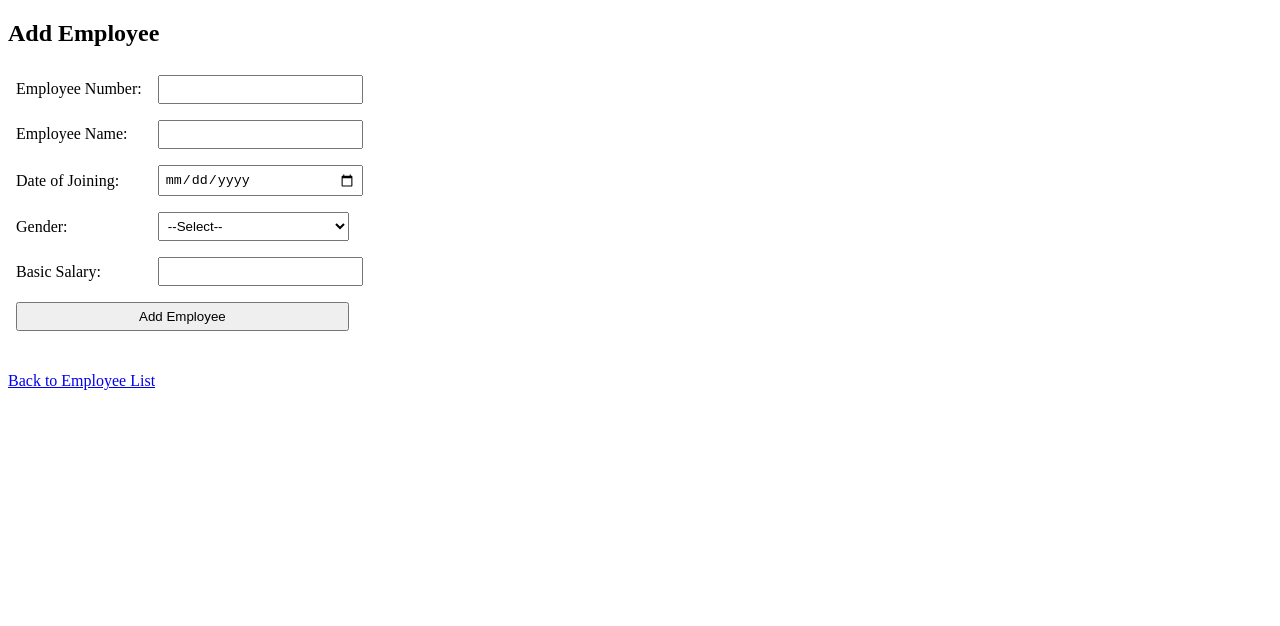
Repository: KUSUMA-74/Advance-JavaProject
Page: http://localhost/EmployeeWebApp/empadd.jsp
These files come from the project's save history. The page is drawn as it stood at one moment and after the next save; the edit follows.
The browser window is 1280 px wide. The pictures show the whole page.
The page is served by Tomcat 9. Other server files are loaded and not shown.

Above is the page before, as saved 2025-05-30 08:21:56.

### EmployeeWebApp/src/main/webapp/empadd.jsp
<%@ page contentType="text/html;charset=UTF-8" language="java" %>
<!DOCTYPE html>
<html>
<head>
    <title>Add Employee</title>
    <style>
        table {
            border-collapse: collapse;
            margin-top: 20px;
        }

        td {
            padding: 8px;
        }

        input, select {
            width: 100%;
            padding: 5px;
        }

        .msg {
            margin-top: 15px;
        }

        .msg-success {
            color: green;
        }

        .msg-error {
            color: red;
        }
    </style>
</head>
<body>
    <h2>Add Employee</h2>

    <form action="AddEmployeeServlet" method="get">
        <table>
            <tr>
                <td>Employee Number:</td>
                <td><input type="number" name="empno" required /></td>
            </tr>
            <tr>
                <td>Employee Name:</td>
                <td><input type="text" name="empname" required /></td>
            </tr>
            <tr>
                <td>Date of Joining:</td>
                <td><input type="date" name="doj" required /></td>
            </tr>
            <tr>
                <td>Gender:</td>
                <td>
                    <select name="gender" required>
                        <option value="">--Select--</option>
                        <option value="Male">Male</option>
                        <option value="Female">Female</option>
                    </select>
                </td>
            </tr>
            <tr>
                <td>Basic Salary:</td>
                <td><input type="number" name="bsalary" step="0.01" required /></td>
            </tr>
            <tr>
                <td colspan="2" style="text-align:center;">
                    <input type="submit" value="Add Employee" />
                </td>
            </tr>
        </table>
    </form>

    <div class="msg">
    <%
        String message = request.getParameter("message");
        String error = request.getParameter("error");

        if (message != null) {
    %>
        <p class="msg-success"><%= message %></p>
    <%
        } else if (error != null) {
    %>
        <p class="msg-error"><%= error %></p>
    <%
        }
    %>
    </div>

    <br/>
    <a href="empdisplay.jsp">Back to Employee List</a>
</body>
</html>

After the next save:
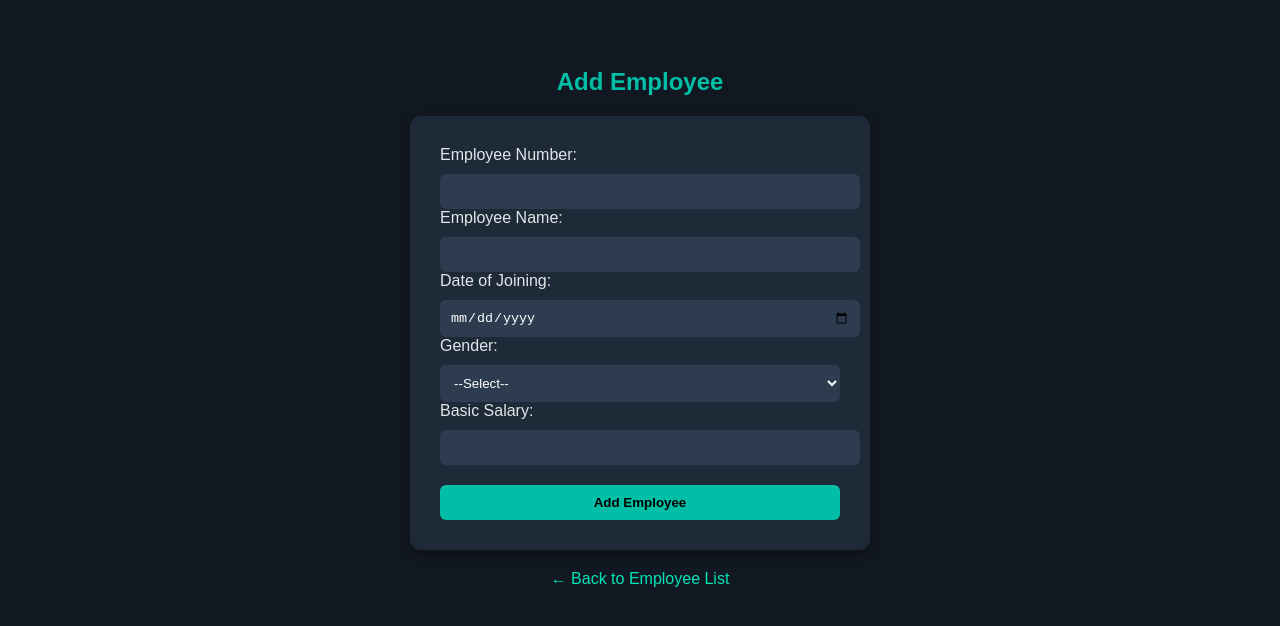
Saved 2 min 30 s later.
--- a/EmployeeWebApp/src/main/webapp/empadd.jsp
+++ b/EmployeeWebApp/src/main/webapp/empadd.jsp
@@ -4,90 +4,91 @@
 <head>
     <title>Add Employee</title>
     <style>
-        table {
-            border-collapse: collapse;
-            margin-top: 20px;
+        body {
+            background-color: #121821;
+            color: #e0e6e9;
+            font-family: Arial, sans-serif;
+            padding: 40px;
+            display: flex;
+            flex-direction: column;
+            align-items: center;
         }
-
-        td {
-            padding: 8px;
+        h2 {
+            color: #00bfa6;
         }
-
+        form {
+            background-color: #1e2a38;
+            padding: 30px;
+            border-radius: 10px;
+            box-shadow: 0 4px 12px rgba(0,0,0,0.3);
+            width: 400px;
+        }
         input, select {
             width: 100%;
-            padding: 5px;
+            padding: 10px;
+            margin-top: 10px;
+            border: none;
+            border-radius: 6px;
+            background-color: #2e3c50;
+            color: white;
         }
-
-        .msg {
-            margin-top: 15px;
+        input[type=submit] {
+            background-color: #00bfa6;
+            color: black;
+            font-weight: bold;
+            margin-top: 20px;
+            cursor: pointer;
         }
-
-        .msg-success {
-            color: green;
+        a {
+            margin-top: 20px;
+            color: #00e6b8;
+            text-decoration: none;
         }
-
-        .msg-error {
-            color: red;
+        p {
+            margin-top: 20px;
         }
     </style>
 </head>
 <body>
     <h2>Add Employee</h2>
 
-    <form action="AddEmployeeServlet" method="get">
-        <table>
-            <tr>
-                <td>Employee Number:</td>
-                <td><input type="number" name="empno" required /></td>
-            </tr>
-            <tr>
-                <td>Employee Name:</td>
-                <td><input type="text" name="empname" required /></td>
-            </tr>
-            <tr>
-                <td>Date of Joining:</td>
-                <td><input type="date" name="doj" required /></td>
-            </tr>
-            <tr>
-                <td>Gender:</td>
-                <td>
-                    <select name="gender" required>
-                        <option value="">--Select--</option>
-                        <option value="Male">Male</option>
-                        <option value="Female">Female</option>
-                    </select>
-                </td>
-            </tr>
-            <tr>
-                <td>Basic Salary:</td>
-                <td><input type="number" name="bsalary" step="0.01" required /></td>
-            </tr>
-            <tr>
-                <td colspan="2" style="text-align:center;">
-                    <input type="submit" value="Add Employee" />
-                </td>
-            </tr>
-        </table>
+    <form action="AddEmployeeServlet" method="post">
+        <label>Employee Number:</label>
+        <input type="number" name="empno" required />
+
+        <label>Employee Name:</label>
+        <input type="text" name="empname" required />
+
+        <label>Date of Joining:</label>
+        <input type="date" name="doj" required />
+
+        <label>Gender:</label>
+        <select name="gender" required>
+            <option value="">--Select--</option>
+            <option value="Male">Male</option>
+            <option value="Female">Female</option>
+        </select>
+
+        <label>Basic Salary:</label>
+        <input type="number" step="0.01" name="bsalary" required />
+
+        <input type="submit" value="Add Employee" />
     </form>
 
-    <div class="msg">
+    <a href="empdisplay.jsp">← Back to Employee List</a>
+
     <%
         String message = request.getParameter("message");
         String error = request.getParameter("error");
-
         if (message != null) {
     %>
-        <p class="msg-success"><%= message %></p>
+        <p style="color:#00e676;"><%= message %></p>
     <%
         } else if (error != null) {
     %>
-        <p class="msg-error"><%= error %></p>
+        <p style="color:#ff5252;"><%= error %></p>
     <%
         }
     %>
-    </div>
-
-    <br/>
-    <a href="empdisplay.jsp">Back to Employee List</a>
 </body>
 </html>
